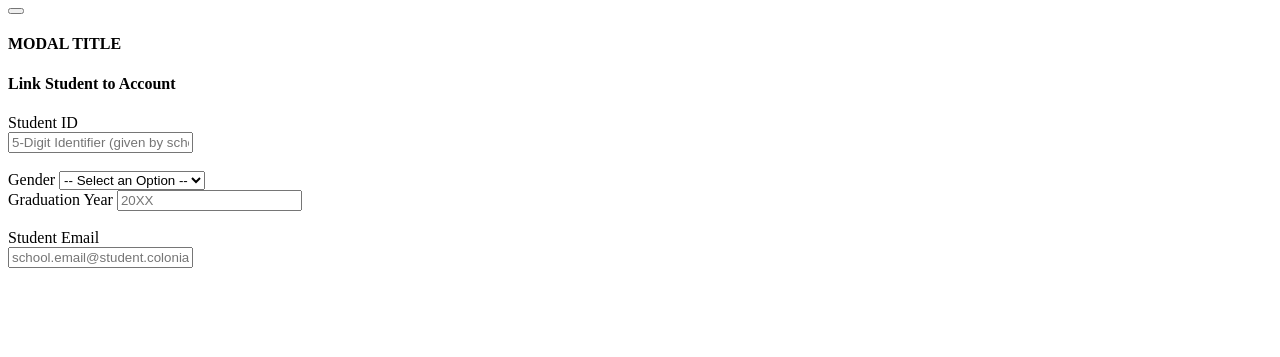
Repository: DavidGracias/florida_trip
Page: http://localhost/includes/modals/newStudentConnection.php
The author's editor kept a record of every edit. The page is drawn from the files as they stood at one moment, then again after the next edit.
The browser window is 1280 px wide. The pictures show the whole page.
The page is run by PHP 8.4 with error messages shown; the project is at /var/www/html/.

Above is the page before.
Console error: ReferenceError: $ is not defined

### includes/modals/newStudentConnection.php
<div class="modal fade" id="newStudentConnectionModal" tabindex="-1" role="dialog" aria-labelledby="newStudentConnectionModal" aria-hidden="true">
    <div class="modal-dialog modal-lg" role="document">
        <div class="modal-content">
            <div class="modal-header">
                <button type="button" class="btn btn-danger pull-right" data-dismiss="modal">
                    <span class="fas fa-times"></span>
                </button>
                <h4 class="modal-title">
                    MODAL TITLE
                </h4>
            </div>
            <form class="modal-body">
                <h4>Link Student to Account</h4>
                <div class="col-xs-12 padding-0 input-group">
                    <div class="input-group-addon background-blue color-white">
                        <span class="input-group-text">
                            Student ID
                            <span class="fas fa-asterisk"></span>
                        </span>
                    </div>
                    <div class="flex-grow">
                        <input name="studID" class="form-control input" type="text" placeholder="5-Digit Identifier (given by school)"/>
                    </div>
                </div>
                <br/>

                <div class="col-xs-12 padding-0 input-group vertical-align flex-nowrap">
                    <div class="input-group col-xs-6 col-sm-5">
                        <span class="input-group-addon background-blue color-white">
                            Gender
                            <span class="fas fa-asterisk"></span>
                        </span>
                        <select class="form-control text-center" name="gender">
                            <option selected="true" disabled="disabled"> -- Select an Option -- </option>
                            <option value="0" class="color-black">Male</option>
                            <option value="1" class="color-black">Female</option>
                            <option value="2" class="color-black">Other</option>
                        </select>
                    </div>
                    <div class="hidden-xs col-sm-1"></div>
                    <div class="input-group col-xs-6">
                        <span class="input-group-addon background-blue color-white">
                            Graduation Year
                            <span class="fas fa-asterisk"></span>
                        </span>
                        <input class="form-control input" type="text" name="gradYear" placeholder="20XX"/>
                    </div>
                </div>
                <br/>

                <div class="col-xs-12 padding-0 input-group">
                    <div class="input-group-addon background-blue color-white">
                        <span class="input-group-text">
                            Student Email
                            <span class="fas fa-asterisk"></span>
                        </span>
                    </div>
                    <div class="flex-grow">
                        <input name="email" class="form-control input" type="email" placeholder="school.email@student.colonialsd.org"/>
                    </div>
                </div>

                <script>
                        function validate(){
                            var json = {};
                            var isValid = true;

                            var studID=$("#newUserModal form [name='studID']");
                            if(studID.val().length != 5){
                                studID.dequeue().animate({ backgroundColor: "#FFBBBB"}).animate({ backgroundColor: "#FFFFFF"});
                                isValid = false;
                            }
                            else json["studID"] = studID.val();

                            var gender=$("#newUserModal [name='gender']")
                            if(gender.selectedIndex == 0){
                                $("#newUserModal [name='gender']").dequeue().animate({ color: "#FFBBBB"}).animate({ color: "#FFFFFF"});
                                isValid = false;
                            }
                            else json["gender"] = gender.val();

                            var gradYear=$("#newUserModal form [name='gradYear']");
                            if(gradYear.val().length != 4){
                                gradYear.dequeue().animate({ backgroundColor: "#FFBBBB"}).animate({ backgroundColor: "#FFFFFF"});
                                isValid = false;
                            }
                            else json["gradYear"] = gradYear.val();

                            var email=$("#newUserModal form [name='email']");
                            if(email.val().length == 0){
                                email.dequeue().animate({ backgroundColor: "#FFBBBB"}).animate({ backgroundColor: "#FFFFFF"});
                                isValid = false;
                            }
                            else json["email"] = email.val();

                            return (isValid)? json : false;
                        }
                        $(document).ready(function(){
                            $("#newStudentConnectionModal").submit(function(){
                                var valid=validate();
                                if(valid !== false)
                                    $.ajax({
                                        type: "POST",
                                        url: "scripts/connection.php?newParent.php",
                                        data: valid,
                                        success:function(response){
                                            if(parseInt(response, 10) == 0){
                                                alert("The information provided does not match the information of any student within our database, please verify that your information is correct and try again!")
                                                // no students found
                                                return;
                                            }
                                            else
                                                $.ajax({
                                                    url: "scripts/connection.php?logScript.php",
                                                    success: function(){
                                                        var auth2=gapi.auth2.getAuthInstance();
                                                        var profile=auth2.currentUser.get().getBasicProfile();
                                                        $.ajax({
                                                            url: "scripts/connection.php?logScript.php",
                                                            type: "POST",
                                                            data: profile,
                                                            success: function(response){
                                                                if(response == "Email 404"){
                                                                    $.ajax({
                                                                        url: "scripts/connection.php?logScript.php",
                                                                        type: "POST",
                                                                        data: {
                                                                            U3: profile.getEmail(),
                                                                        },
                                                                    });
                                                                }
                                                                alert("You have successfully linked your email to this student account!");
                                                                window.location.reload();
                                                            },
                                                        });
                                                    },
                                                });
                                        },
                                    });
                                return false;
                            });
                        })
                    </script>
            </form>

        </div>
    </div>
</div>

After the next edit:
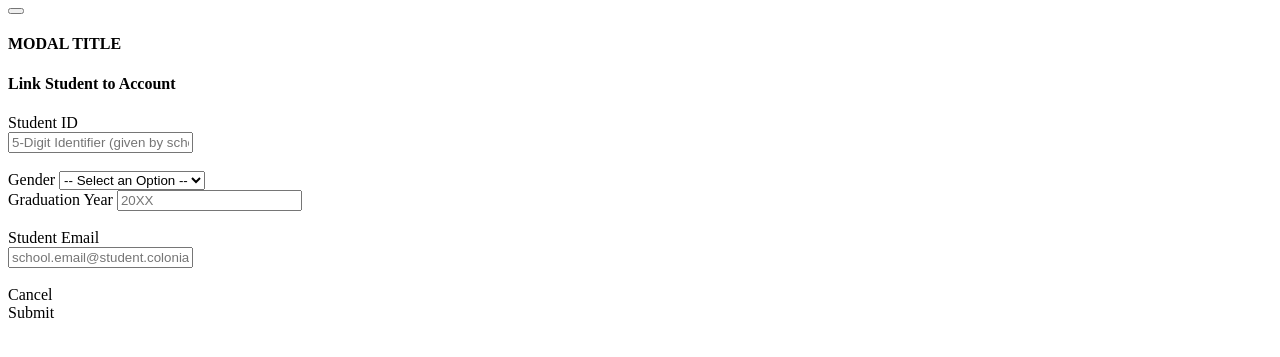
The edit:
--- a/includes/modals/newStudentConnection.php
+++ b/includes/modals/newStudentConnection.php
@@ -59,7 +59,12 @@
                         <input name="email" class="form-control input" type="email" placeholder="school.email@student.colonialsd.org"/>
                     </div>
                 </div>
-
+                <br/>
+                <div class="modal-footer">
+                    <div class="btn btn-danger pull-right">Cancel</div>
+                    <div class="btn btn-primary pull-left">Submit</div>
+                    <div class="clear"></div>
+                </div>
                 <script>
                         function validate(){
                             var json = {};
